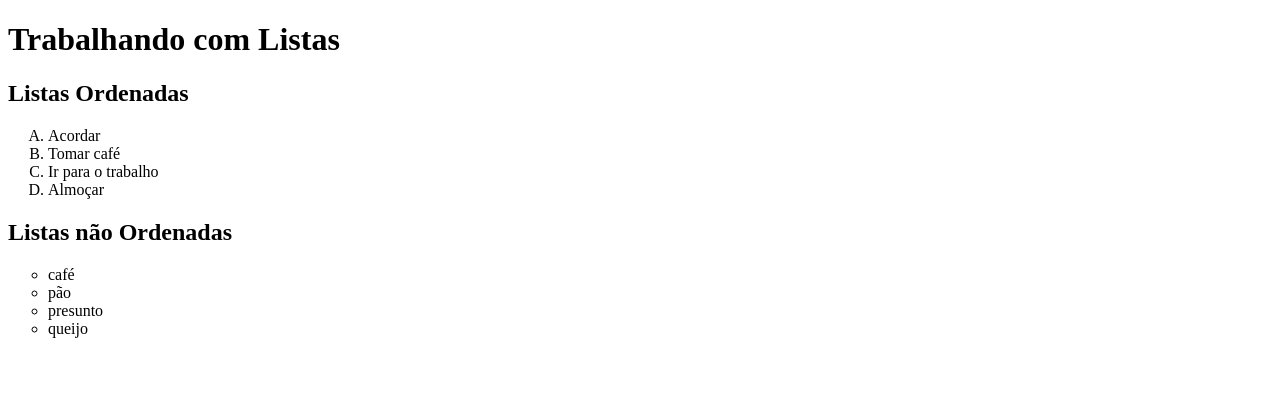
Repository: Iamjordana/html-css
Page: Html Css/Exercicios/ex009/index.html
The author's editor kept a copy of each file at every save. The page is drawn from the files as they stood at one save, then again after a run of saves.
The browser window is 1280 px wide. The pictures show the whole page.

Above is the page before, as saved 2025-01-08 17:59:44.

After the next 3 saves:
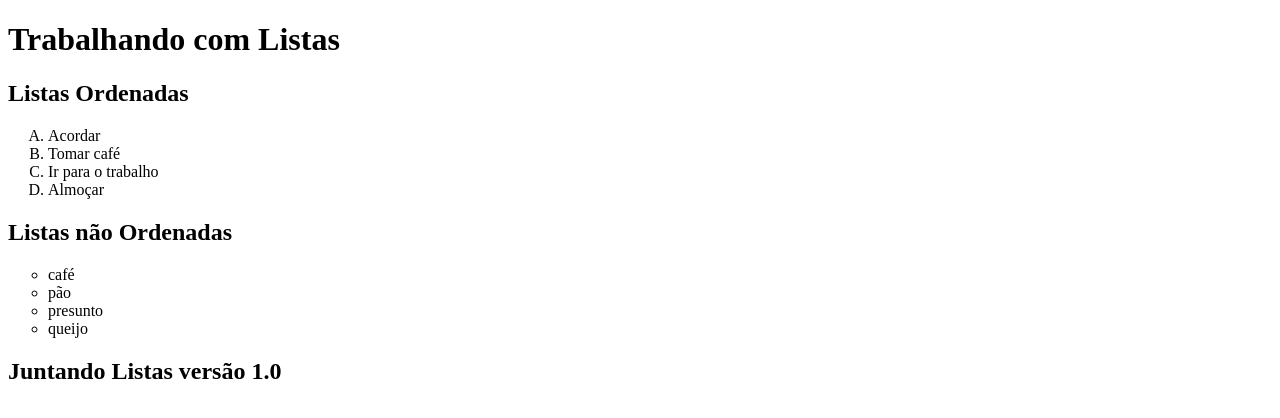
The 3 saves are shown as one change because they came seconds apart.
The last was saved 13 min 13 s later.
--- a/Html Css/Exercicios/ex009/index.html
+++ b/Html Css/Exercicios/ex009/index.html
@@ -23,7 +23,7 @@
         <li>queijo</li>
     </ul>
 
-
+<h2>Juntando Listas versão 1.0</h2>
 
 
 </body>
